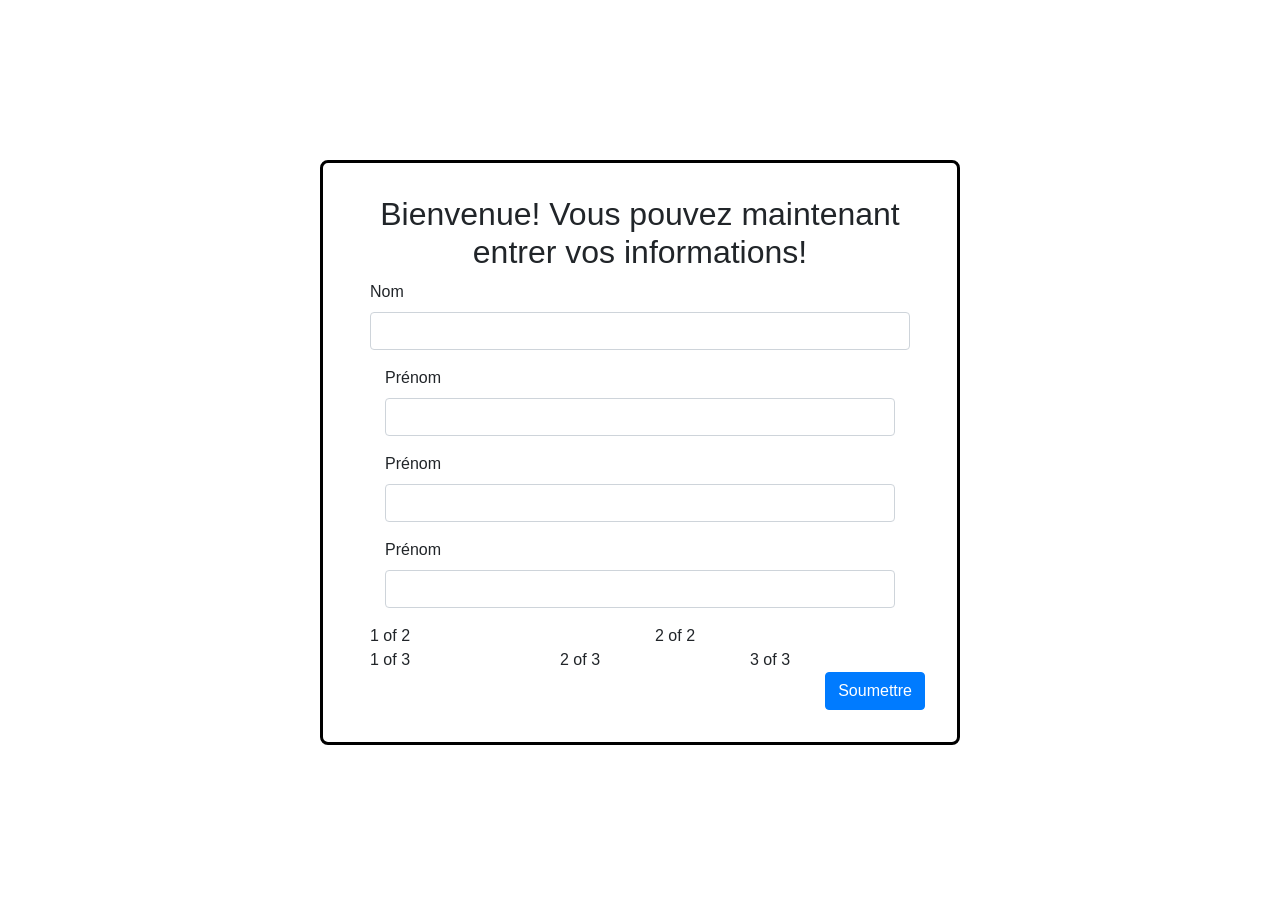
Repository: Aminox84/frontend-main
Page: /
An editor plug-in stored every save of this project. The page is shown before and after the next save, followed by the edit.
The browser window is 1280 px wide. The pictures show the whole page.
The project was rebuilt for these pictures with package versions that can differ from the ones it lists, and the page was loaded fresh each time.

Above is the page before, as saved 2022-12-29 19:53:53.

After the next save:
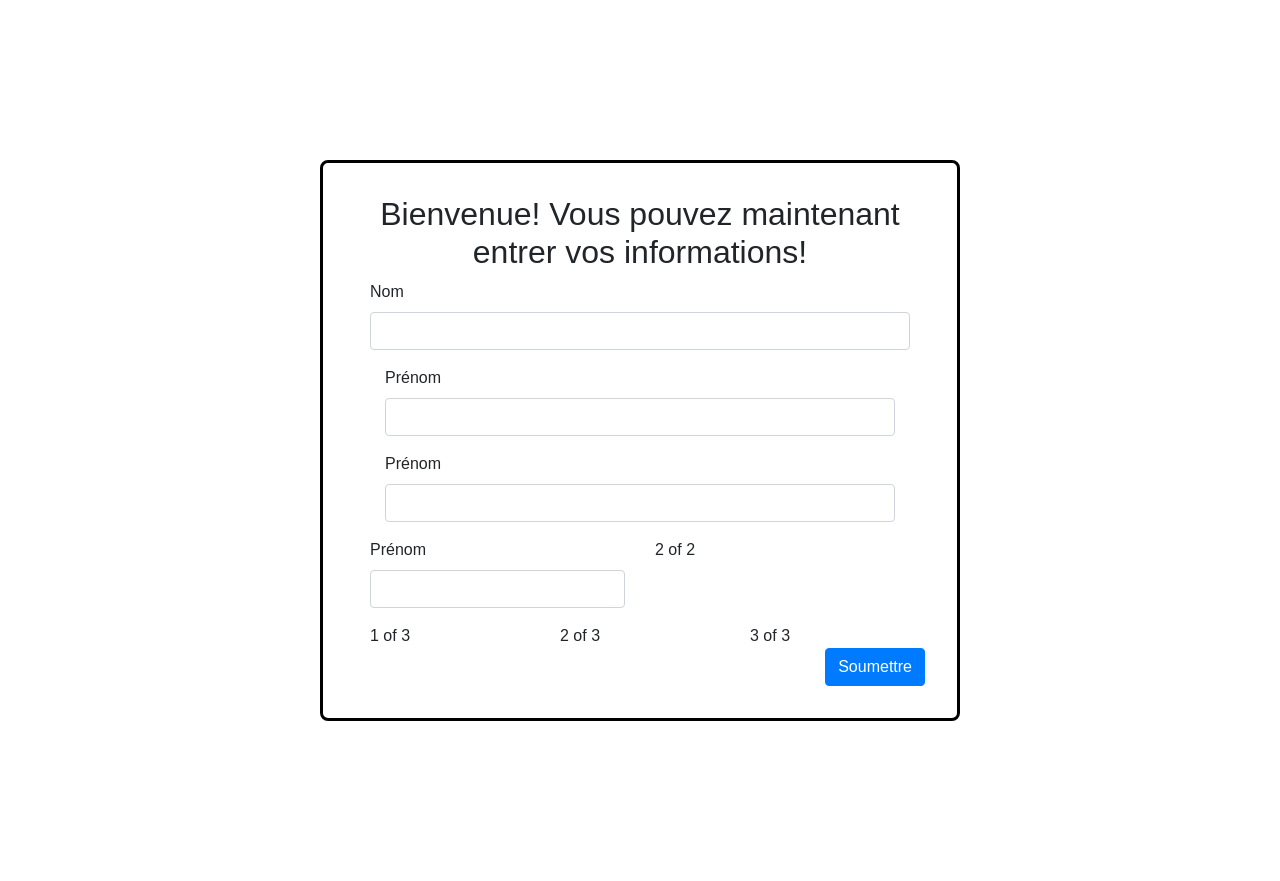
Saved 21 s later.
--- a/src/userForm.tsx
+++ b/src/userForm.tsx
@@ -39,14 +39,7 @@ export function UserForm() {
         </div>
         </div>
     <div className="col">
-        <div className="form-group">
-          <label htmlFor="exampleInputPassword1">Prénom</label>
-          <input
-            type="password"
-            className="form-control"
-            id="exampleInputPassword1"
-          />
-        </div>
+
         </div>
   </div>
 </div>
@@ -57,7 +50,14 @@ export function UserForm() {
 <div className="container">
   <div className="row">
     <div className="col">
-      1 of 2
+      <div className="form-group">
+          <label htmlFor="exampleInputPassword1">Prénom</label>
+          <input
+            type="password"
+            className="form-control"
+            id="exampleInputPassword1"
+          />
+        </div>
     </div>
     <div className="col">
       2 of 2
